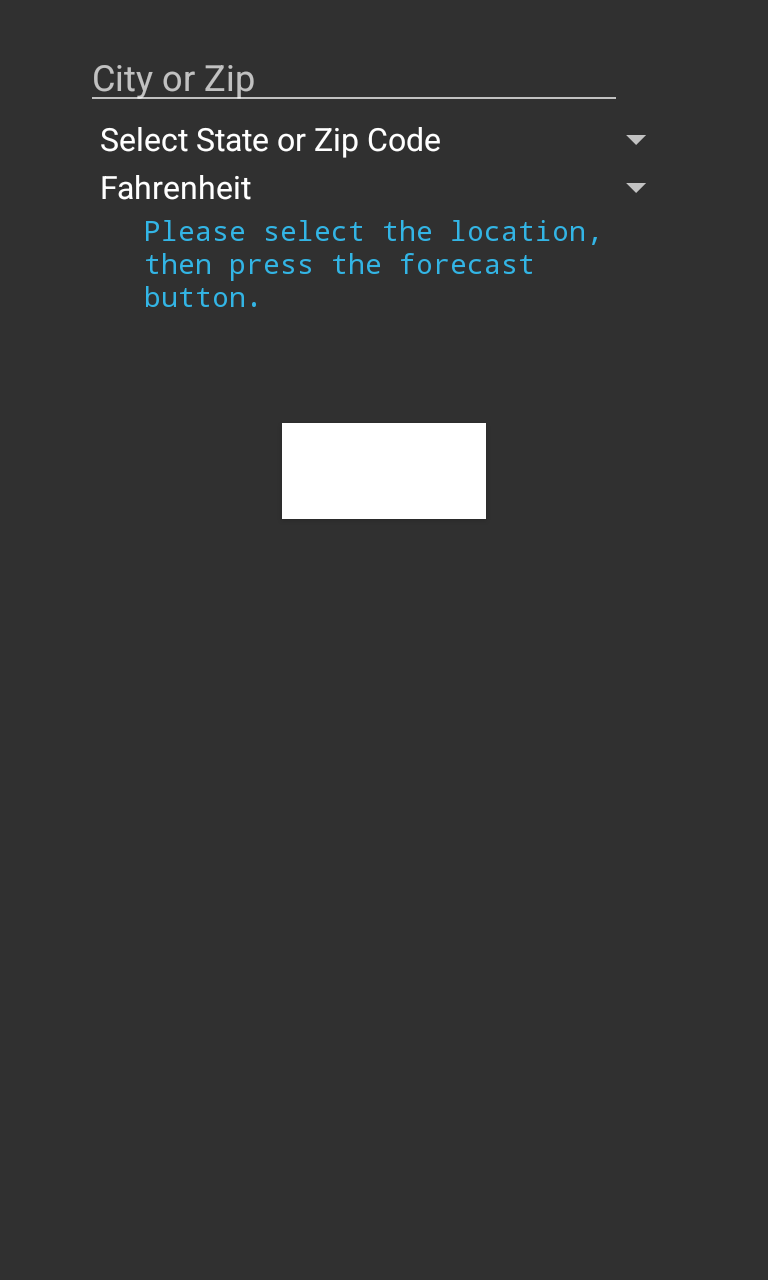
Repository: g80349/Java1
Layout: Week4/Weather/res/layout/activity_main.xml
The author's editor kept a copy of each file at every save. The layout is drawn from the files as they stood at one save, then again after the next save.
It is drawn on a 768 x 1280 px phone screen (xhdpi) without system bars, with theme Theme.AppCompat; the app's code is not run.

Above is the layout before, as saved 2014-04-30 23:49:49.

### Week4/Weather/res/layout/activity_main.xml
<RelativeLayout xmlns:android="http://schemas.android.com/apk/res/android"
    xmlns:tools="http://schemas.android.com/tools"
    android:layout_width="match_parent"
    android:layout_height="match_parent"
    android:paddingBottom="@dimen/activity_vertical_margin"
    android:paddingLeft="@dimen/activity_horizontal_margin"
    android:paddingRight="@dimen/activity_horizontal_margin"
    android:paddingTop="@dimen/activity_vertical_margin"
    tools:context="com.example.weather.MainActivity$PlaceholderFragment" >

    <EditText
        android:id="@+id/edit_city"
        android:layout_width="300dp"
        android:layout_height="wrap_content"
        android:layout_alignLeft="@+id/state"
        android:layout_alignRight="@+id/forecast"
        android:hint="@string/cityText" />

    <Spinner
        android:id="@+id/state"
        android:layout_width="300dp"
        android:layout_height="wrap_content"
        android:layout_below="@+id/edit_city"
        android:layout_centerHorizontal="true"
        android:entries="@array/state_array" />

    <Spinner
        android:id="@+id/measurement"
        android:layout_width="300dp"
        android:layout_height="wrap_content"
        android:layout_alignLeft="@+id/state"
        android:layout_below="@+id/state"
        android:entries="@array/measurement_array" />

    <TextView
        android:id="@+id/forecast"
        android:layout_width="240dp"
        android:layout_height="wrap_content"
        android:layout_below="@+id/measurement"
        android:layout_centerHorizontal="true"
        android:text="@string/forecast_text"
        style="@style/textStyle"/>

    <Button
        android:id="@+id/enter"
        android:layout_width="wrap_content"
        android:layout_height="wrap_content"
        android:layout_below="@+id/forecast"
        android:layout_centerHorizontal="true"
        android:layout_marginTop="54dp"
        android:hint="@string/enter_button"
        android:onClick="onClick"
        style="@style/buttonStyle"/>

</RelativeLayout>

### Week4/Weather/res/values/strings.xml
<?xml version="1.0" encoding="utf-8"?>
<resources>

    <string name="app_name">Weather</string>
    <string name="forecast_text">Please select the location, then press the forecast button.</string>
    <string name="action_settings">Settings</string>

    <string name="cityText">City or Zip</string>
    <string-array name="state_array">
        <item>Select State or Zip Code</item>
        <item>Zip Code</item>
        <item>AL</item>
        <item>AK</item>
        <item>AZ</item>
        <item>AR</item>
        <item>CA</item>
        <item>CO</item>
        <item>CT</item>
        <item>DE</item>
        <item>FL</item>
        <item>GA</item>
        <item>HI</item>
        <item>ID</item>
        <item>IL</item>
        <item>IN</item>
        <item>IA</item>
        <item>KS</item>
        <item>KY</item>
        <item>LA</item>
        <item>ME</item>
        <item>MD</item>
        <item>MA</item>
        <item>MI</item>
        <item>MN</item>
        <item>MS</item>
        <item>MO</item>
        <item>MT</item>
        <item>NE</item>
        <item>NV</item>
        <item>NH</item>
        <item>NJ</item>
        <item>NM</item>
        <item>NY</item>
        <item>NC</item>
        <item>ND</item>
        <item>OH</item>
        <item>OK</item>
        <item>OR</item>
        <item>PA</item>
        <item>RI</item>
        <item>SC</item>
        <item>SD</item>
        <item>TN</item>
        <item>TX</item>
        <item>UT</item>
        <item>VT</item>
        <item>VA</item>
        <item>WA</item>
        <item>WV</item>
        <item>WI</item>
        <item>WY</item>
    </string-array>
    <string-array name="measurement_array">
        <item>Fahrenheit</item>
        <item>Celcius</item>
    </string-array>

    <string name="enter_button">Get Forecast</string>

</resources>

### Week4/Weather/res/values/styles.xml
<resources xmlns:android="http://schemas.android.com/apk/res/android">

    <!--
        Base application theme, dependent on API level. This theme is replaced
        by AppBaseTheme from res/values-vXX/styles.xml on newer devices.
    -->
    <style name="AppBaseTheme" parent="Theme.AppCompat.Light">
        <!--
            Theme customizations available in newer API levels can go in
            res/values-vXX/styles.xml, while customizations related to
            backward-compatibility can go here.
        -->
    </style>


        <style name="textStyle" parent="@style/Theme.AppCompat">
			<item name="android:layout_width">fill_parent</item>
			<item name="android:layout_height">wrap_content</item>
			<item name="android:textColor">#33B5E5</item>
			<item name="android:typeface">monospace</item>
		</style>
		<style name="buttonStyle" parent="@style/Theme.AppCompat">
		    <item name="android:layout_width">fill_parent</item>
			<item name="android:layout_height">wrap_content</item>
			<item name="android:background">#FFFFFF</item>
			<item name="android:typeface">monospace</item>
			<item name="name=android:width">40dp</item>
			<item name="android:textColor">#33B5E5</item>
		</style>
    <!--</style>-->

</resources>

Loaded but not shown: Week4/Weather/res/values/dimens.xml (common file); Week4/Weather/res/values-w820dp/dimens.xml (common file)

After the next save:
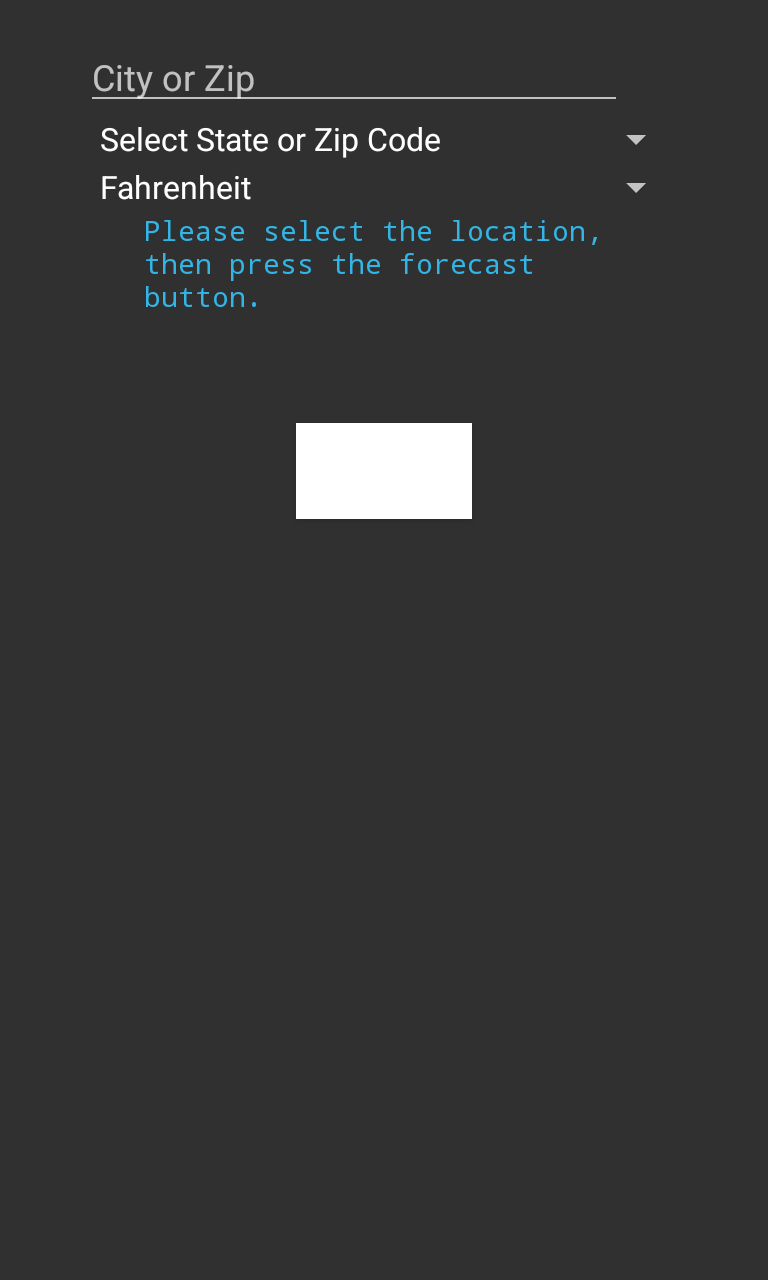
Saved 8 s later.
--- a/Week4/Weather/res/values/styles.xml
+++ b/Week4/Weather/res/values/styles.xml
@@ -24,7 +24,7 @@
 			<item name="android:layout_height">wrap_content</item>
 			<item name="android:background">#FFFFFF</item>
 			<item name="android:typeface">monospace</item>
-			<item name="name=android:width">40dp</item>
+			<item name="android:width">40dp</item>
 			<item name="android:textColor">#33B5E5</item>
 		</style>
     <!--</style>-->
